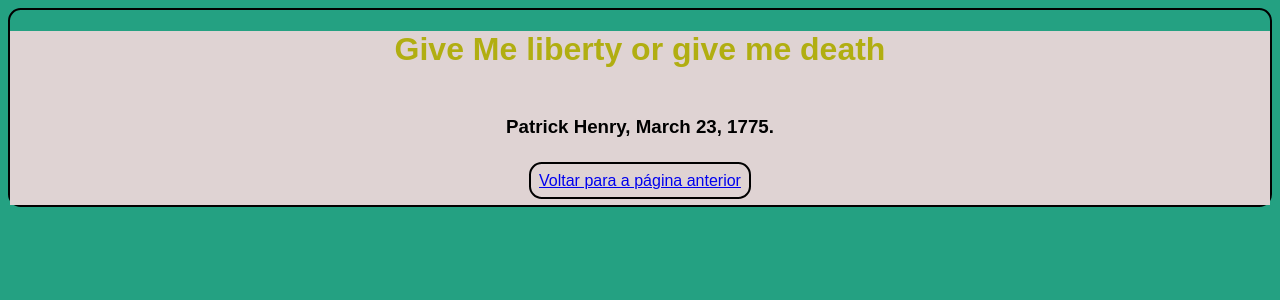
Repository: batmit/FutureFundation.github.io-1
Page: menu/articles/speechs/give_me.html
The author's editor kept a copy of each file at every save. The page is drawn from the files as they stood at one save, then again after the next save.
The browser window is 1280 px wide. The pictures show the whole page.

Above is the page before, as saved 2021-11-18 12:41:21.

After the next save:
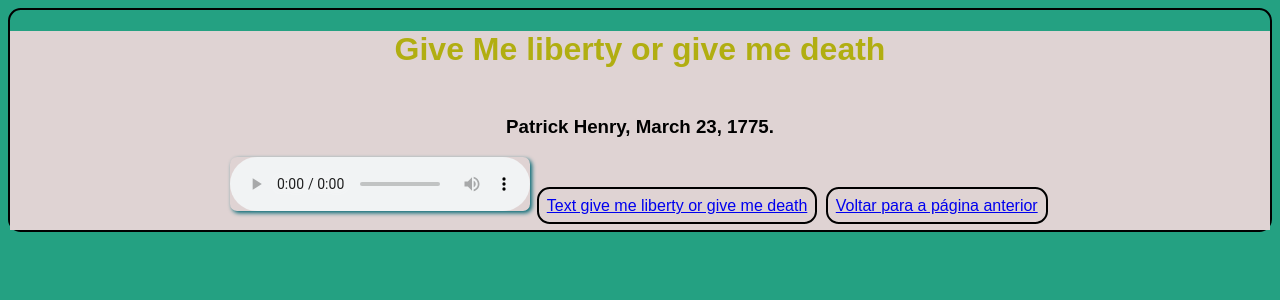
Saved 2 min 29 s later.
--- a/menu/articles/speechs/give_me.html
+++ b/menu/articles/speechs/give_me.html
@@ -16,6 +16,13 @@
             </h3>
         </header>
 
+        <audio controls>
+
+            <source src="../history/modern/united_States/Give_Me_Liberty_or_Give_Me_Death_-_read_by_Bob_Gonzalez_for_LibriVox's_Short_Nonfiction_Collection_Vol._026_(2012).ogg" type="audio/ogg">
+
+        </audio>
+
+        <a href="../history/modern/united_States/Give Me Liberty Or Give Me Death.txt">Text give me liberty or give me death</a>
 
 
 
